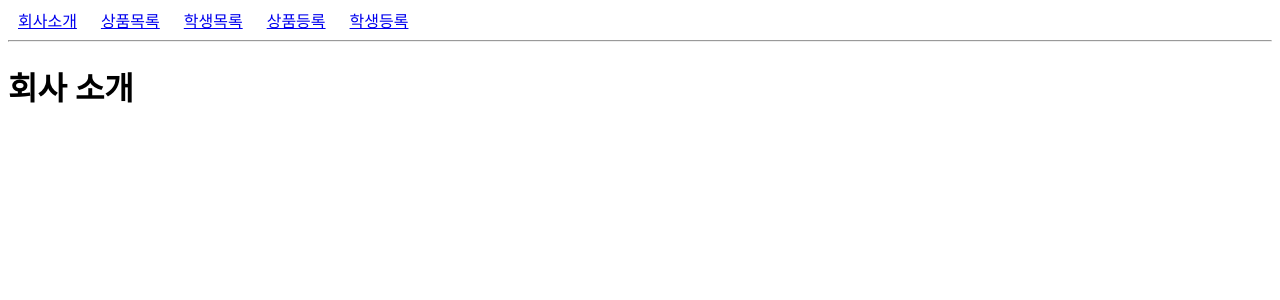
Repository: gwangso/web
Page: http://localhost/ex01/
An editor plug-in stored every save of this project. The page is shown before and after the next save, followed by the edit.
The browser window is 1280 px wide. The pictures show the whole page.
The page is served by Tomcat 9.

Above is the page before, as saved 2023-07-24 05:11:38.

After the next save:
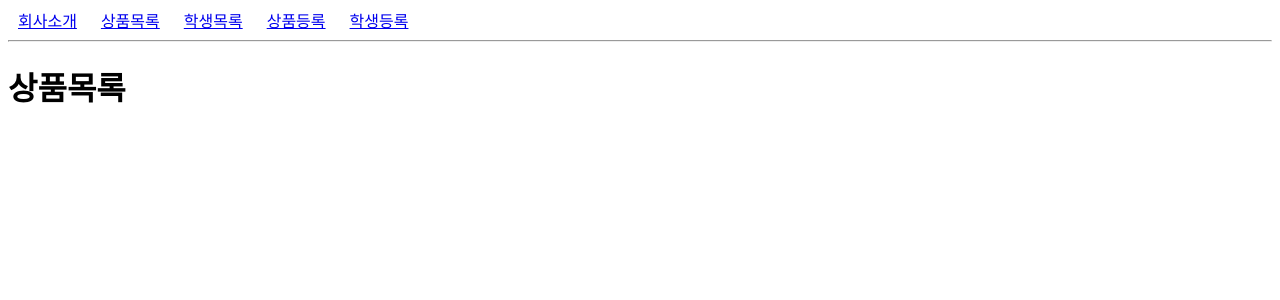
Saved 21 s later.
--- a/ex01/src/main/webapp/home.jsp
+++ b/ex01/src/main/webapp/home.jsp
@@ -20,7 +20,7 @@
 		<a href="/stu/insert">학생등록</a>
 	</div>
 	<hr>
-	<jsp:include page="/about.jsp"/> <!--  -->
+	<jsp:include page="/pro/list.jsp"/> <!--  -->
 </body>
 
 
